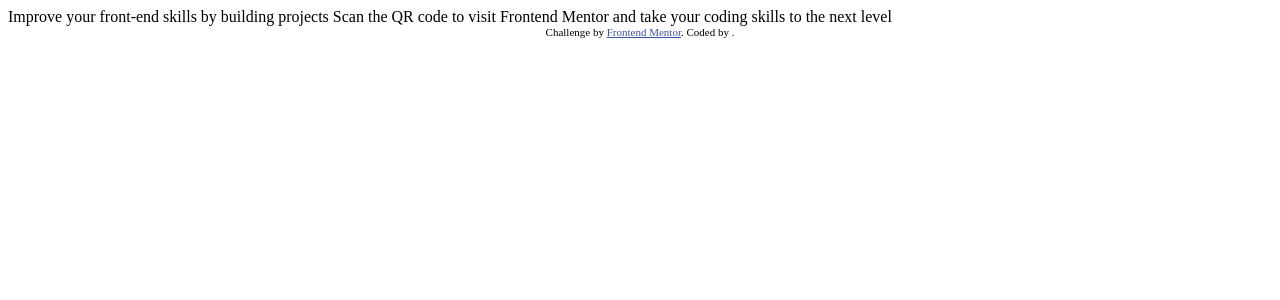
Repository: jesar-enl/qr-code-component-main-sample
Page: index.html
These files come from the project's save history. The page is drawn as it stood at one moment and after a run of saves; the edit follows.
The browser window is 1280 px wide. The pictures show the whole page.

Above is the page before, as saved 2022-03-04 08:30:28.

### index.html
<!DOCTYPE html>
<html lang="en">
<head>
  <meta charset="UTF-8">
  <meta name="viewport" content="width=device-width, initial-scale=1.0"> <!-- displays site properly based on user's device -->

  <link rel="icon" type="image/png" sizes="32x32" href="./images/favicon-32x32.png">

  <title>Frontend Mentor | QR code component</title>

  <!-- Feel free to remove these styles or customize in your own stylesheet 👍 -->
  <style>
    .attribution { font-size: 11px; text-align: center; }
    .attribution a { color: hsl(228, 45%, 44%); }
  </style>
</head>
<body>

  Improve your front-end skills by building projects

  Scan the QR code to visit Frontend Mentor and take your coding skills to the next level

  <div class="attribution">
    Challenge by <a href="https://www.frontendmentor.io?ref=challenge" target="_blank">Frontend Mentor</a>.
    Coded by <a href="#"></a>.
  </div>
</body>
</html>

After the next 2 saves:
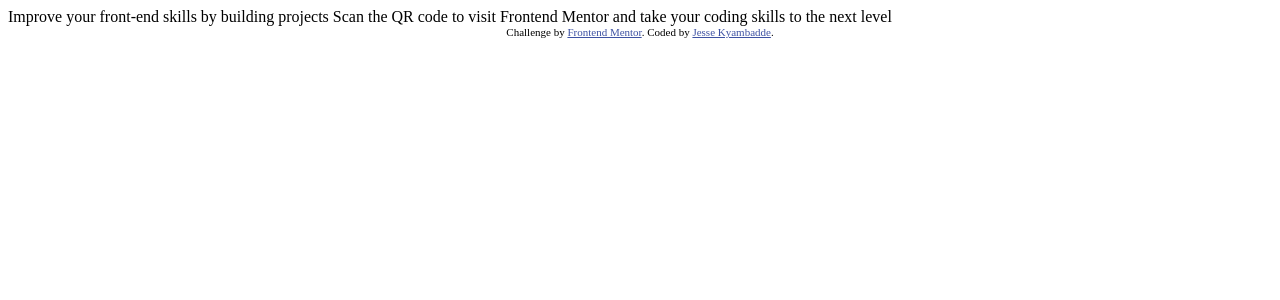
The 2 saves are shown as one change because they came seconds apart.
The last was saved 6 s later.
--- a/index.html
+++ b/index.html
@@ -22,7 +22,7 @@
 
   <div class="attribution">
     Challenge by <a href="https://www.frontendmentor.io?ref=challenge" target="_blank">Frontend Mentor</a>.
-    Coded by <a href="#"></a>.
+    Coded by <a href="#">Jesse Kyambadde</a>.
   </div>
 </body>
 </html>
